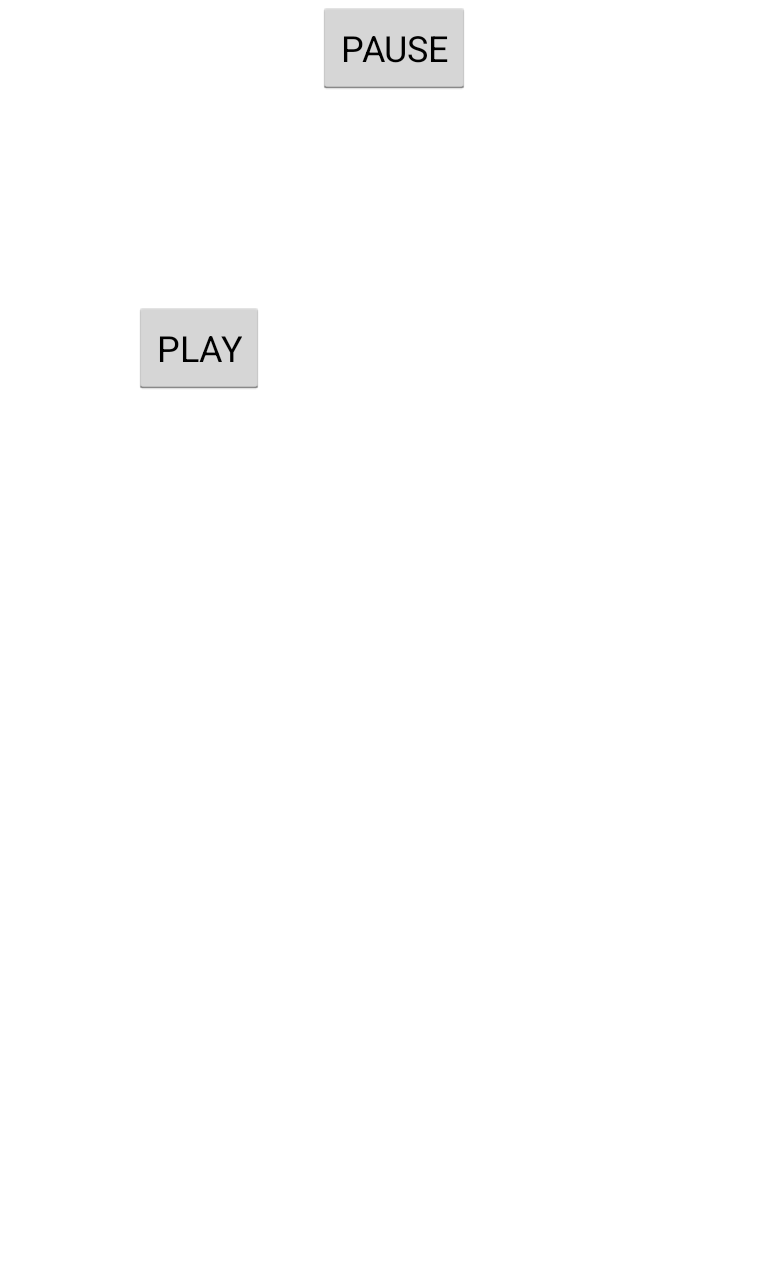
Repository: thiagopsilva/Android-book
Layout: Som/res/layout/activity_som.xml
An editor plug-in stored every save of this project. The layout is shown before and after the next save, followed by the edit.
It is drawn on a 768 x 1280 px phone screen (xhdpi) without system bars, with theme AppTheme; the app's code is not run.

Above is the layout before, as saved 2012-12-14 15:05:21.

### Som/res/layout/activity_som.xml
<LinearLayout xmlns:android="http://schemas.android.com/apk/res/android"
    xmlns:tools="http://schemas.android.com/tools"
    android:layout_width="match_parent"
    android:layout_height="match_parent"
    tools:context=".Som" >

    <Button
        android:id="@+id/btplay"
        android:layout_width="wrap_content"
        android:layout_height="wrap_content"
        android:layout_alignParentLeft="true"
        android:layout_alignParentTop="true"
        android:layout_marginLeft="66dp"
        android:layout_marginTop="150dp"
        android:text="PLAY" />

    <Button
        android:id="@+id/btpause"
        android:layout_width="wrap_content"
        android:layout_height="wrap_content"
        android:layout_alignBaseline="@+id/button1"
        android:layout_alignBottom="@+id/button1"
        android:layout_marginLeft="25dp"
        android:layout_toRightOf="@+id/button1"
        android:text="PAUSE" />

</LinearLayout>

Loaded but not shown: Som/res/values/styles.xml (common file); Som/res/values-v11/styles.xml (common file); Som/res/values-v14/styles.xml (common file)

After the next save:
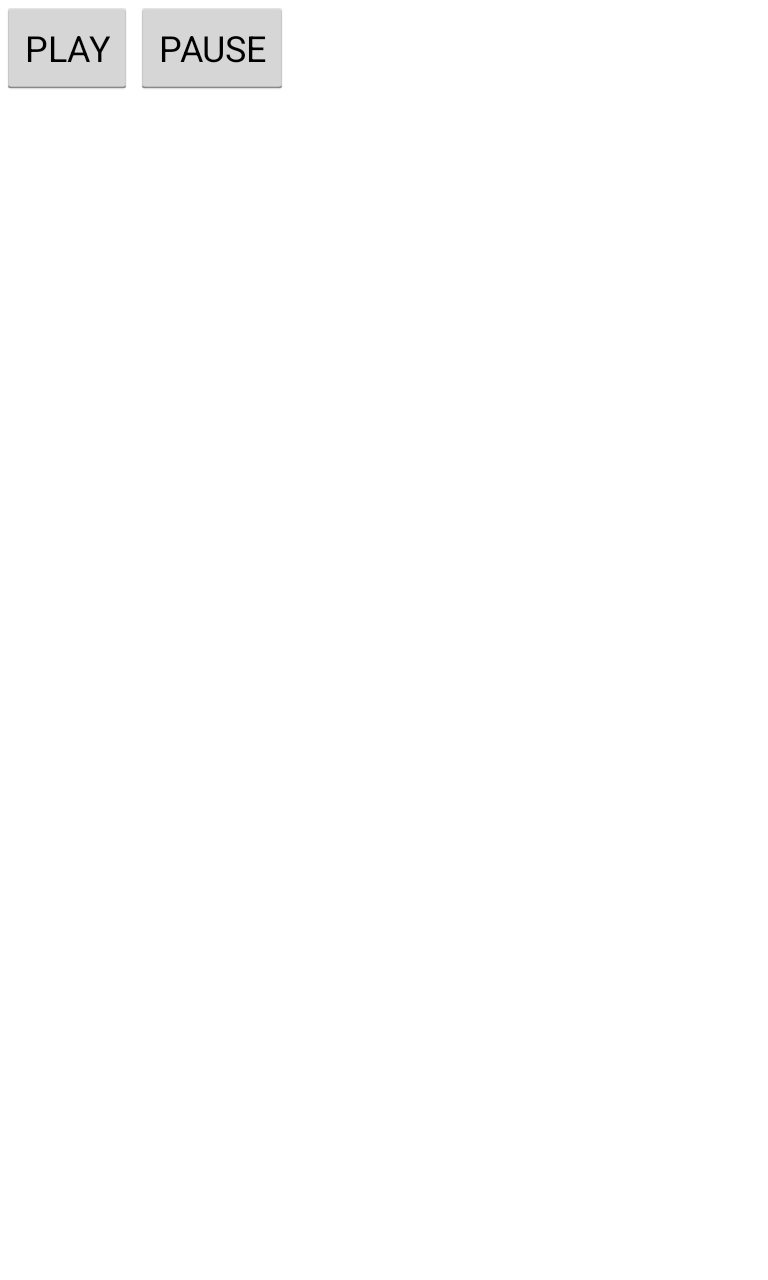
Saved 73 s later.
--- a/Som/res/layout/activity_som.xml
+++ b/Som/res/layout/activity_som.xml
@@ -8,20 +8,12 @@
         android:id="@+id/btplay"
         android:layout_width="wrap_content"
         android:layout_height="wrap_content"
-        android:layout_alignParentLeft="true"
-        android:layout_alignParentTop="true"
-        android:layout_marginLeft="66dp"
-        android:layout_marginTop="150dp"
         android:text="PLAY" />
 
     <Button
         android:id="@+id/btpause"
         android:layout_width="wrap_content"
         android:layout_height="wrap_content"
-        android:layout_alignBaseline="@+id/button1"
-        android:layout_alignBottom="@+id/button1"
-        android:layout_marginLeft="25dp"
-        android:layout_toRightOf="@+id/button1"
         android:text="PAUSE" />
 
 </LinearLayout>
